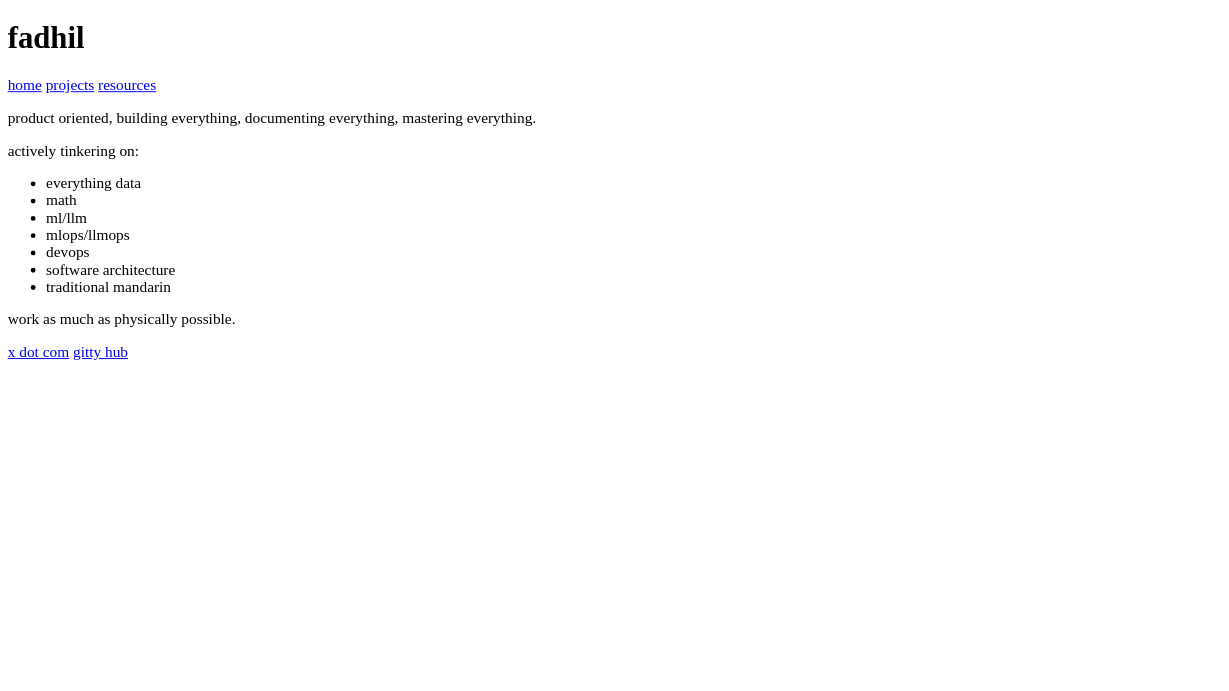
Repository: fadhilrp/fadhilrp.github.io
Page: index.html
The author's editor kept a copy of each file at every save. The page is drawn from the files as they stood at one save, then again after the next save.
The browser window is 1280 px wide. The pictures show the whole page, at 96% of full size.

Above is the page before, as saved 2025-05-20 14:46:34.

After the next save:
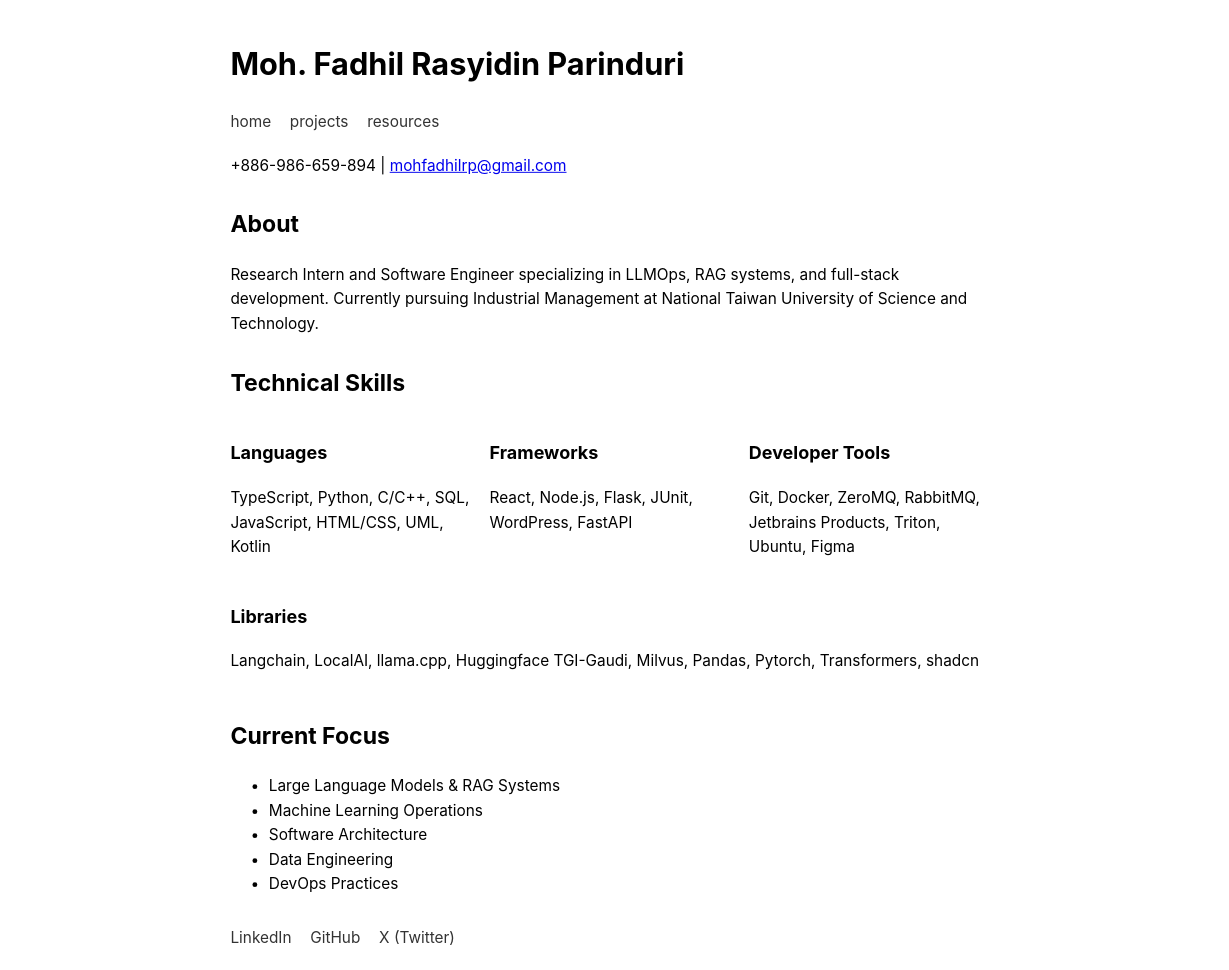
Saved 35 s later.
--- a/index.html
+++ b/index.html
@@ -1,33 +1,105 @@
 <!DOCTYPE html>
-<html lang="en" lang="en">
+<html lang="en">
     <head>
         <meta charset="utf-8" />
-        <meta name="viewport" content="width=device-width"/>
-        <title>fadhil</title>
+        <meta name="viewport" content="width=device-width, initial-scale=1.0"/>
+        <title>Moh. Fadhil Rasyidin Parinduri</title>
+        <style>
+            body {
+                font-family: -apple-system, BlinkMacSystemFont, 'Segoe UI', Roboto, sans-serif;
+                line-height: 1.6;
+                max-width: 800px;
+                margin: 0 auto;
+                padding: 20px;
+            }
+            nav {
+                margin: 20px 0;
+            }
+            nav a {
+                margin-right: 15px;
+                text-decoration: none;
+                color: #333;
+            }
+            .contact-info {
+                margin: 20px 0;
+            }
+            .section {
+                margin: 30px 0;
+            }
+            .skills {
+                display: flex;
+                flex-wrap: wrap;
+                gap: 10px;
+            }
+            .skill-category {
+                flex: 1;
+                min-width: 200px;
+            }
+            .social-links {
+                margin-top: 20px;
+            }
+            .social-links a {
+                margin-right: 15px;
+                text-decoration: none;
+                color: #333;
+            }
+        </style>
     </head>
     <body>
-        <h1>fadhil</h1>
+        <h1>Moh. Fadhil Rasyidin Parinduri</h1>
+
         <nav>
             <a href="index.html">home</a>
             <a href="pages/projects.html">projects</a>
             <a href="pages/resources.html">resources</a>
         </nav>
-        <!-- <div class="cover">
-            <img class="sponge_cover" src="img\sponge.webp" alt="a cropped picture of bob esponja as a cover">
-        </div> -->
-        <p>product oriented, building everything, documenting everything, mastering everything.</p>
-        <p>actively tinkering on:</p>
+
+        <div class="contact-info">
+            <p>+886-986-659-894 | <a href="mailto:mohfadhilrp@gmail.com">mohfadhilrp@gmail.com</a></p>
+        </div>
+
+        <div class="section">
+            <h2>About</h2>
+            <p>Research Intern and Software Engineer specializing in LLMOps, RAG systems, and full-stack development. Currently pursuing Industrial Management at National Taiwan University of Science and Technology.</p>
+        </div>
+
+        <div class="section">
+            <h2>Technical Skills</h2>
+            <div class="skills">
+                <div class="skill-category">
+                    <h3>Languages</h3>
+                    <p>TypeScript, Python, C/C++, SQL, JavaScript, HTML/CSS, UML, Kotlin</p>
+                </div>
+                <div class="skill-category">
+                    <h3>Frameworks</h3>
+                    <p>React, Node.js, Flask, JUnit, WordPress, FastAPI</p>
+                </div>
+                <div class="skill-category">
+                    <h3>Developer Tools</h3>
+                    <p>Git, Docker, ZeroMQ, RabbitMQ, Jetbrains Products, Triton, Ubuntu, Figma</p>
+                </div>
+                <div class="skill-category">
+                    <h3>Libraries</h3>
+                    <p>Langchain, LocalAI, llama.cpp, Huggingface TGI-Gaudi, Milvus, Pandas, Pytorch, Transformers, shadcn</p>
+                </div>
+            </div>
+        </div>
+
+        <div class="section">
+            <h2>Current Focus</h2>
             <ul>
-                <li>everything data</li>
-                <li>math</li>
-                <li>ml/llm</li>
-                <li>mlops/llmops</li>
-                <li>devops</li>
-                <li>software architecture</li>
-                <li>traditional mandarin</li>
+                <li>Large Language Models & RAG Systems</li>
+                <li>Machine Learning Operations</li>
+                <li>Software Architecture</li>
+                <li>Data Engineering</li>
+                <li>DevOps Practices</li>
             </ul>
-        <p>work as much as physically possible.</p>
-        <a href="https://www.x.com/FadhilRasyidin">x dot com</a>
-        <a href="https://github.com/fadhilrp">gitty hub</a>
+        </div>
+
+        <div class="social-links">
+            <a href="https://linkedin.com/in/fadhilrp">LinkedIn</a>
+            <a href="https://github.com/fadhilrp">GitHub</a>
+            <a href="https://www.x.com/FadhilRasyidin">X (Twitter)</a>
+        </div>
     </body>
 </html>
